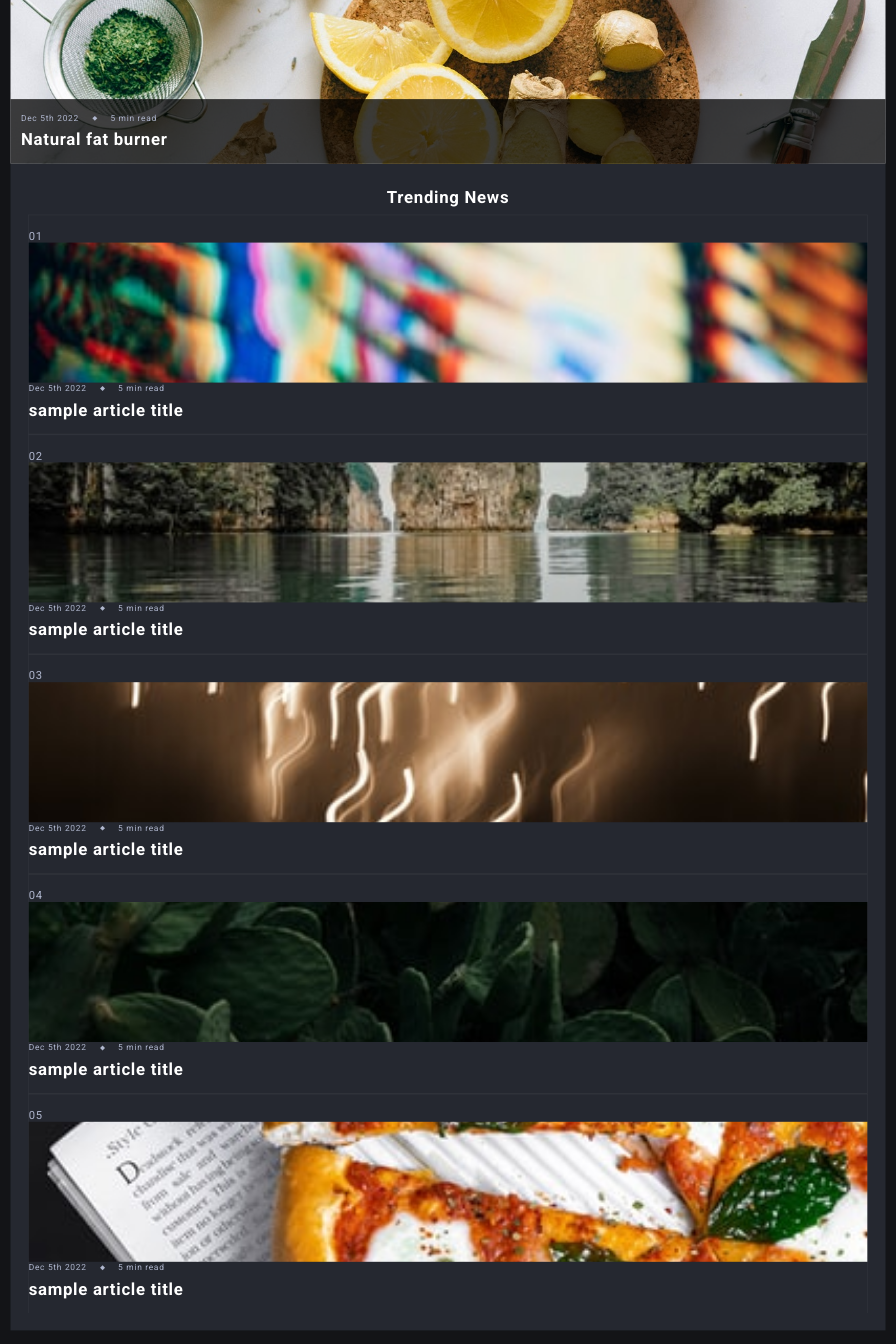
Repository: Junichi-Machii/news-blog-test
Page: index.html
The author's editor kept a copy of each file at every save. The page is drawn from the files as they stood at one save, then again after a run of saves.
The browser window is 1280 px wide. The pictures show the part of the page from y = 852 to 2772 px (the page is 2772 px tall), at 70% of full size.
The style sheet was rebuilt from its Sass, Less or Tailwind sources for each picture, by a compiler version that may differ from the author's.

Above is the page before, as saved 2023-05-12 11:18:25.

### index.html
<html lang="ja">
  <head>
    <meta charset="UTF-8" />
    <meta http-equiv="X-UA-Compatible" content="IE=edge" />
    <meta name="viewport" content="width=device-width, initial-scale=1.0" />
    <title>NewsFlash | Home</title>
    <!-- Favicon -->
    <link
      rel="icon"
      type="image/png"
      sizes="32x32"
      href="./assets/images/favicon.png"
    />
    <!-- Remix icons -->
    <link
      href="https://cdn.jsdelivr.net/npm/remixicon@2.5.0/fonts/remixicon.css"
      rel="stylesheet"
    />
    <!-- Swiper.js styles -->
    <link rel="stylesheet" href="./css/swiper-bundle.min.css" />
    <!-- Custom styles -->
    <link rel="stylesheet" href="./css/style.css" />
  </head>
  <body>
    <!-- Header -->
    <header class="header" id="header">
      <nav class="header__navbar container">
        <a href="./index.html">
          <h2 class="header__logo">News Blog</h2>
        </a>
        <div class="header__menu" id="menu">
          <ul class="list">
            <li class="header__menuItem">
              <a href="#" class="header__menuLink current">Home</a>
            </li>
            <li class="header__menuItem">
              <a href="#" class="header__menuLink">Category</a>
            </li>
            <li class="header__menuItem">
              <a href="#" class="header__menuLink">Reviews</a>
            </li>
            <li class="header__menuItem">
              <a href="#" class="header__menuLink">News</a>
            </li>
            <li class="header__menuItem">
              <a href="#" class="header__menuLink">Membership</a>
            </li>
            <li class="header__menuItem">
              <a href="#" class="header__menuLink">Contact</a>
            </li>
            <li class="header__menuItem screen-lg-hidden">
              <a href="#" class="header__menuLink">Sign In</a>
            </li>
            <li class="header__menuItem screen-lg-hidden">
              <a href="#" class="header__menuLink">Sign Up</a>
            </li>
          </ul>
        </div>

        <div class="list list__right">
          <button class="btn place__items-center" id="theme-toggle-btn">
            <i class="ri-sun-line sun-icon"></i>
            <i class="ri-moon-line moon-icon"></i>
          </button>

          <button class="btn place__items-center" id="search-icon">
            <i class="ri-search-line"></i>
          </button>

          <button
            class="btn place__items-center screen-lg-hidden menu-toggle-icon"
            id="menu-toggle-icon"
          >
            <i class="ri-menu-3-line open-menu-icon"></i>
            <i class="ri-close-line close-menu-icon"></i>
          </button>

          <a href="#" class="list-link screen-sm-hidden">Sign in</a>
          <a
            href="#"
            class="list-link screen-sm-hidden btn sign-up-btn fancy-boder"
          >
            <span>Sign in</span>
          </a>
        </div>
      </nav>
    </header>
    <!-- Search -->
    <div class="search-form-container container" id="search-form-container">
      <div class="form-container-inner">
        <form action="" class="form">
          <input
            type="text"
            placeholder="What are looking for?"
            class="form-input"
          />
          <button class="btn form-btn" type="submit">
            <i class="ri-search-line"></i>
          </button>
        </form>
        <span class="form-note">Or press ESC close.</span>
      </div>

      <button class="btn form-close-btn place-items-center" id="form-close-btn">
        <i class="ri-close-line"></i>
      </button>
    </div>
    <!-- Featured articles -->
    <section class="featured-articles section-header-offset">
      <div class="featured-articles-container container d-gird">
        <div class="featured-content d-grid">
          <div class="headline-banner">
            <h3 class="headline fancy-border">
              <span class="place-items-center">Breaking news</span>
            </h3>
            <span class="headline-description"
              >Apple announces a new partnership...</span
            >
          </div>

          <a
            href="./post.html"
            class="article featured-article featured-article-1"
          >
            <img
              src="./assets/images/featured/featured-1.jpg"
              class="article-image"
              alt=""
            />
            <span class="article-category">Technology</span>

            <div class="article-data-container">
              <div class="article-data">
                <span>Dec 5th 2023</span>
                <span class="article-data-spacer"></span>
                <span>8 min read</span>
              </div>
              <h3 class="title article-title">Is VR the future?</h3>
            </div>
          </a>

          <a
            href="./post.html"
            class="article featured-article featured-article-2"
          >
            <img
              src="./assets/images/featured/featured-2.jpg"
              class="article-image"
              alt=""
            />
            <span class="article-category">Technology</span>

            <div class="article-data-container">
              <div class="article-data">
                <span>Dec 6th 2022</span>
                <span class="article-data-spacer"></span>
                <span>4 Min read</span>
              </div>

              <h3 class="title article-title">Fine dining</h3>
            </div>
          </a>

          <a
            href="./post.html"
            class="article featured-article featured-article-3"
          >
            <img
              src="./assets/images/featured/featured-3.jpg"
              class="article-image"
              alt=""
            />
            <span class="article-category">Technology</span>

            <div class="article-data-container">
              <div class="article-data">
                <span>Dec 5th 2022</span>
                <span class="article-data-spacer"></span>
                <span>5 min read</span>
              </div>

              <h3 class="title article-title">Natural fat burner</h3>
            </div>
          </a>
        </div>

        <!-- sidebar -->

        <div class="sidebar d-grid">

            <h3 class="title featured-content-title">Trending News</h3>

            <a href="#" class="trending-news__box">
                <div class="trending-news__image-box">
                    <span class="trending-number place-items-center">01</span>
                    <img src="./assets/images/trending/trending_1.jpg" alt="" class="article-image">
                </div>

                <div class="trending-news__data">
                   <div class="article-data">
                        <span>Dec 5th 2022</span>
                        <span class="article-data-spacer"></span>
                        <span>5 min read</span>
                   </div>

                   <h3 class="title article-title">sample article title</h3>
                </div>
            </a>

            <a href="#" class="trending-news__box">
                <div class="trending-news__image-box">
                    <span class="trending-number place-items-center">02</span>
                    <img src="./assets/images/trending/trending_2.jpg" alt="" class="article-image">
                </div>

                <div class="trending-news__data">
                   <div class="article-data">
                        <span>Dec 5th 2022</span>
                        <span class="article-data-spacer"></span>
                        <span>5 min read</span>
                   </div>

                   <h3 class="title article-title">sample article title</h3>
                </div>
            </a>

            <a href="#" class="trending-news__box">
                <div class="trending-news__image-box">
                    <span class="trending-number place-items-center">03</span>
                    <img src="./assets/images/trending/trending_3.jpg" alt="" class="article-image">
                </div>

                <div class="trending-news__data">
                   <div class="article-data">
                        <span>Dec 5th 2022</span>
                        <span class="article-data-spacer"></span>
                        <span>5 min read</span>
                   </div>

                   <h3 class="title article-title">sample article title</h3>
                </div>
            </a>

            <a href="#" class="trending-news__box">
                <div class="trending-news__image-box">
                    <span class="trending-number place-items-center">04</span>
                    <img src="./assets/images/trending/trending_4.jpg" alt="" class="article-image">
                </div>

                <div class="trending-news__data">
                   <div class="article-data">
                        <span>Dec 5th 2022</span>
                        <span class="article-data-spacer"></span>
                        <span>5 min read</span>
                   </div>

                   <h3 class="title article-title">sample article title</h3>
                </div>
            </a>

            <a href="#" class="trending-news__box">
                <div class="trending-news__image-box">
                    <span class="trending-number place-items-center">05</span>
                    <img src="./assets/images/trending/trending_5.jpg" alt="" class="article-image">
                </div>

                <div class="trending-news__data">
                   <div class="article-data">
                        <span>Dec 5th 2022</span>
                        <span class="article-data-spacer"></span>
                        <span>5 min read</span>
                   </div>

                   <h3 class="title article-title">sample article title</h3>
                </div>
            </a>
        </div>
      </div>
    </section>
    <!-- Quick read -->

    <!-- Older posts -->

    <!-- Popular tags -->

    <!-- Newsletter -->

    <!-- Footer -->

    <!-- Swiper.js -->
    <script src="./js/swiper-bundle.min.js"></script>
    <!-- Custom script -->
    <script src="./js/main.js"></script>
  </body>
</html>

### js/main.js
// Grab elements
const selectElement = (selector) => {
  const element = document.querySelector(selector);
  if(element) return element;
  throw new Error(`Something went wrong! Make sure that ${selector} exists/is typed correctly.`);
};
//Nav styles on scroll
const scrollHeader = () => {
  const headerElement = selectElement('#header');
  if(this.scrollY >= 15) {
    headerElement.classList.add('activated');
  }else {
    headerElement.classList.remove('activated');
  }
};

window.addEventListener('scroll', scrollHeader)
// Open menu & search pop-up
const menuToggleIcon = selectElement('#menu-toggle-icon');

const toggleMenu = () =>{
  const mobileMenu = selectElement('#menu');
  mobileMenu.classList.toggle('activated');
  menuToggleIcon.classList.toggle('activated');
}

menuToggleIcon.addEventListener('click', toggleMenu);
// Open/Close search form popup
const formOpenBtn = selectElement('#search-icon');
const formCloseBtn = selectElement('#form-close-btn');
const searchFormContainer = selectElement('#search-form-container');

formOpenBtn.addEventListener('click', () => searchFormContainer.classList.add('activated'));

formCloseBtn.addEventListener('click', () => searchFormContainer.classList.remove('activated'));

// -- Close the search form popup on ESC keypress
window.addEventListener('keyup', event => {
  if(event.key === 'Escape') searchFormContainer.classList.remove('activated');
});
// Switch theme/add to local storage
const bodyElement = document.body;
const themeToggleBtn = selectElement('#theme-toggle-btn');
const currentTheme = localStorage.getItem('currentTheme');

if(currentTheme){
  bodyElement.classList.add('light-theme');
}

themeToggleBtn.addEventListener('click', () => {
  bodyElement.classList.toggle('light-theme');

  if(bodyElement.classList.contains('light-theme')){
    localStorage.setItem('currentTheme', 'themeActive');
  }else {
    localStorage.removeItem('currentTheme');
  }
});
// Swiper

### style.scss
/* Import font */
@import url("https://fonts.googleapis.com/css2?family=Roboto:ital,wght@0,400;0,700;1,400;1,700&display=swap");

@import url("https://fonts.googleapis.com/css2?family=Poppins:wght@300;400;600;700&display=swap");

/* Custom properties */
:root {
  --light-color: #fff;
  --light-color-alt: #afb6cd;
  --primary-background-color: #131417;
  --secondary-background-color: #252830;
  --hover-light-color: var(--light-color);
  --hover-dark-color: var(--primary-background-color);
  --gradient-color: linear-gradient(
    115deg,
    #4fcf70,
    #fad648,
    #a767e5,
    #12bcfe,
    #44ce7b
  );
  --transparent-light-color: rgba(255, 255, 255, 0.05);
  --transparent-dark-color: rgba(0, 0, 0, 0.75);
  --font-family: "Roboto", sans-serif;
  --font-size-xsm: 1.2rem;
  --font-size-sm: 1.6rem;
  --font-size-md: 2.4rem;
  --font-size-lg: 3rem;
  --font-size-xl: 4rem;
  --gap: 2rem;
  --margin-sm: 2rem;
  --margin-md: 3rem;
  --item-min-height-sm: 20rem;
  --item-min-height-md: 30rem;
}

/* Base styles */
body {
  font-family: var(--font-family);
  font-size: var(--font-size-sm);
  color: var(--light-color-alt);
  background-color: var(--primary-background-color);
  letter-spacing: 1px;
  transition: background-color 0.25s, color 0.25s;
}

a {
  text-decoration: none;
  color: inherit;
}

img {
  max-width: 100%;
  display: block;
}

ul {
  list-style: none;
}

input,
button {
  font: inherit;
  color: inherit;
  border: none;
  background-color: transparent;
  outline: none;
}

i {
  font-size: var(--font-size-md);
}

* {
  margin: 0;
  padding: 0;
  box-sizing: border-box;
}

html {
  // font-size: 10px;
  font-size: 62.5%;
}
/* Theme color change */
body.light-theme {
  --light-color: #3d3d3d;
  --light-color-alt: rgba(0, 0, 0, 0.6);
  --primary-background-color: #fff;
  --hover-light-color: #fff;
  --secondary-background-color: #f1f1f1;
  --transparent-light-color: #252830;
  --transparent-dark-color: rgba(0, 0, 0, 0.1);
}
/* Reusable classes */
.container {
  max-width: 160rem;
  margin: 0 auto;
  padding: 0 1.5rem;
}

.place__items-center {
  display: inline-block;
  align-items: center;
  justify-content: center;
}

.screen-sm-hidden {
  display: none;
}

.btn {
  cursor: pointer;
  &:hover,
  &:hover span {
    color: var(--light-color);
  }
}

.d-grid {
  display: grid;
}

.section {
  padding-block: 5rem;
}

.title {
  color: var(--light-color);
}
/* Header */
.header {
  background-color: var(--secondary-background-color);
  position: fixed;
  top: 0;
  left: 0;
  width: 100%;
  z-index: 999;

  &__navbar {
    display: flex;
    align-items: center;
    justify-content: space-between;
    padding-block: 1.5rem;
  }

  &__logo {
    font-size: var(--font-size-md);
    color: var(--light-color);
  }

  &__menu {
    position: absolute;
    top: 8.5rem;
    right: 1.5rem;
    width: 23rem;
    padding: 1.5rem;
    background-color: var(--secondary-background-color);
    opacity: 0;
    transform: scale(0);
    transition: opacity 0.25s ease-in-out;

    & > .list {
      flex-direction: column;
    }
  }

  &__menuLink {
    &:hover {
      color: var(--light-color);
    }

    &.current {
      color: var(--light-color);
    }
  }
}

.list {
  display: flex;
  align-items: center;
  gap: var(--gap);
}

.close-menu-icon {
  display: none;
}

.moon-icon {
  display: none;
}

.light-theme {
  & .sun-icon {
    display: none;
  }

  & .moon-icon {
    display: block;
  }
}

/* Header JavaScript Styles */
.header.activated {
  box-shadow: 0 1px 0.5rem --transparent-light-color;
}
.header__menu.activated {
  box-shadow: 1px 1px 1rem --transparent-light-color;
  opacity: 1;
  transform: scale(1);
}

.menu-toggle-icon.activated .open-menu-icon {
  display: none;
}

.menu-toggle-icon.activated .close-menu-icon {
  display: block;
}
/* Search */
.search-form-container {
  width: 100%;
  max-width: 100%;
  height: 100vh;
  background-color: var(--primary-background-color);
  position: fixed;
  top: 0;
  left: 0;
  z-index: 9999;
  display: flex;
  opacity: 0;
  transform: scale(0);
  transition: opacity 0.5s;
}

.form-container-inner {
  margin: auto;
  display: flex;
  flex-direction: column;
  gap: var(--gap);
  text-align: center;
}

.form {
  display: flex;
  justify-content: center;
}

.form-input,
.form-btn {
  display: inline-block;
  border: 2px solid var(--secondary-background-color);
  padding: 1.5rem;
}

.form-input {
  border-right: none;
  width: 100%;
}

.form-btn {
  margin-left: -0.5rem;
  border-left: none;
  background-color: var(--secondary-background-color);
  width: 8rem;
}

.form-note {
  font-size: var(--font-size-xsm);
  align-self: flex-end;
}

.form-close-btn {
  position: absolute;
  top: 1.5rem;
  right: 1.5rem;
  border: 2px solid var(--secondary-background-color);
  width: 4rem;
  height: 4rem;
}
/* Form JavaScript styles */
.search-form-container.activated {
  opacity: 1;
  transform: scale(1);
}
/* Featured articles */
.featured-articles {
  padding-block: 2rem;
}

.section-header-offset {
  margin-top: 7.4rem;
}

.featured-articles-container,
.featured-content {
  gap: var(--gap);
}

.headline-banner {
  background-color: var(--secondary-background-color);
  display: flex;
  align-items: center;
  gap: var(--gap);
  font-size: var(--font-size-xsm);
}

.headline {
  color: var(--light-color);
  font-size: 1rem;
  text-transform: uppercase;
  text-align: center;
  padding: 0.4rem;
  height: 100%;

  & span {
    height: inherit;
  }
}

.fancy-border {
  position: relative;
  overflow: hidden;

  &::before {
    content: "";
    position: absolute;
    top: 0;
    left: 0;
    width: 200%;
    height: 100%;
    background: var(--gradient-color);
    background-size: 50% 100%;
    z-index: 5;
  }

  & span {
    position: relative;
    z-index: 10;
    display: inline-flex;
    padding: 0.6rem 1.5rem;
    background-color: var(--secondary-background-color);
  }
}

.article {
  position: relative;
  min-height: var(--item-min-height-md);

  &-image {
    position: absolute;
    width: 100%;
    height: 100%;
    object-fit: cover;
    transition: transform 0.25s;
  }

  &-category {
    position: absolute;
    top: 1rem;
    right: 1rem;
    padding: 1rem;
    font-size: 1rem;
    background-color: var(--primary-background-color);
    color: var(--light-color);
    text-transform: uppercase;
    z-index: 10;
  }

  &-data-container {
    position: absolute;
    bottom: 0;
    left: 0;
    padding: 2rem 1.5rem;
    background-color: var(--transparent-dark-color);
    z-index: 10;
    width: 100%;
    transition: background-color 0.5s;
  }

  &:hover &-data-container {
    background-color: var(--hover-dark-color);
    color: var(--hover-light-color);
  }
  &:hover &-data-spacer {
    background-color: var(--hover-light-color);
  }

  &-data {
    display: flex;
    align-items: center;
    gap: var(--gap);
    font-size: var(--font-size-xsm);
    margin-bottom: 1rem;
  }

  &-data-spacer {
    width: 0.5rem;
    height: 0.5rem;
    background-color: var(--light-color-alt);
    transform: rotate(45deg);
  }

  &-title {
    font-size: var(--font-size-md);
  }
}

/* Featured articles - Sidebar */
.sidebar {
  background-color: var(--secondary-background-color);
  padding: 2.5rem;
}

.trending-news {
  &__box {
    display: flex;
    flex-direction: column;
    gap: var(--gap);
    padding-block: 2rem;
    border: 1px solid var(--transparent-light-color);

    &:last-of-type {
      border-bottom: none;
    }
  }

  &__image-box {
    position: relative;
    width: 100%;
    height: var(--item-min-height-sm);
  }
}

.featured-content-title {
  font-size: var(--font-size-md);
  text-align: center;
  padding: 1rem;
}
/* Quick read */

/* Quick read - Swiper */

/* Older posts */

/* Popular tags */

/* Newsletter */

/* Footer */

/* Scrollbar styles */

/* Blog post */

/* Media queries */

Loaded but not shown: css/swiper-bundle.min.css (library); js/swiper-bundle.min.js (library)

After the next 41 saves:
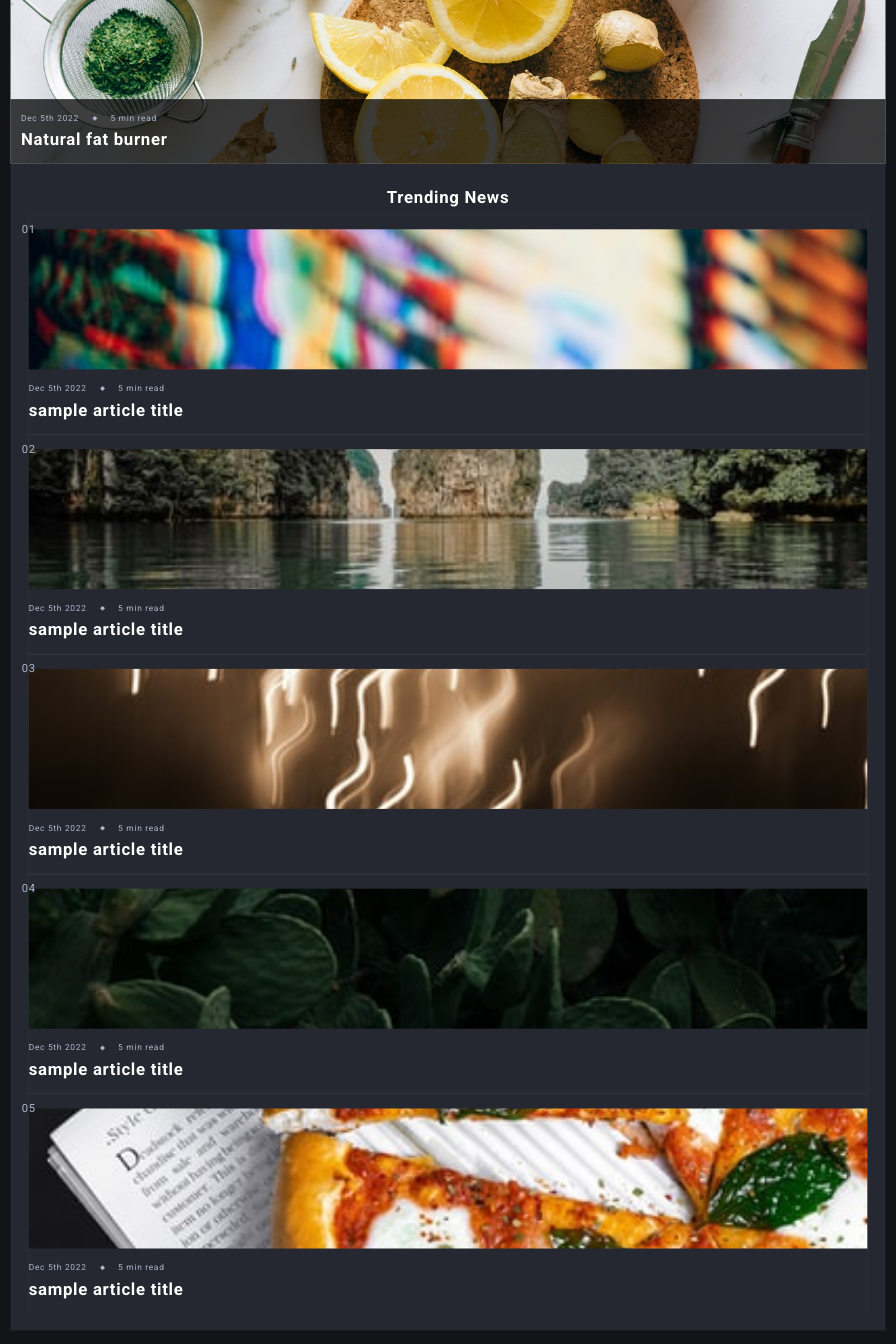
The 41 saves are shown as one change because 2 did not build or start and some came seconds apart.
The last was saved 73 s later.
--- a/style.scss
+++ b/style.scss
@@ -436,6 +436,15 @@ body.light-theme {
   text-align: center;
   padding: 1rem;
 }
+
+.trending-number {
+  position: absolute;
+  top: -1rem;
+  left: -1rem;
+  z-index: 15;
+  width: 3rem;
+
+}
 /* Quick read */
 
 /* Quick read - Swiper */
